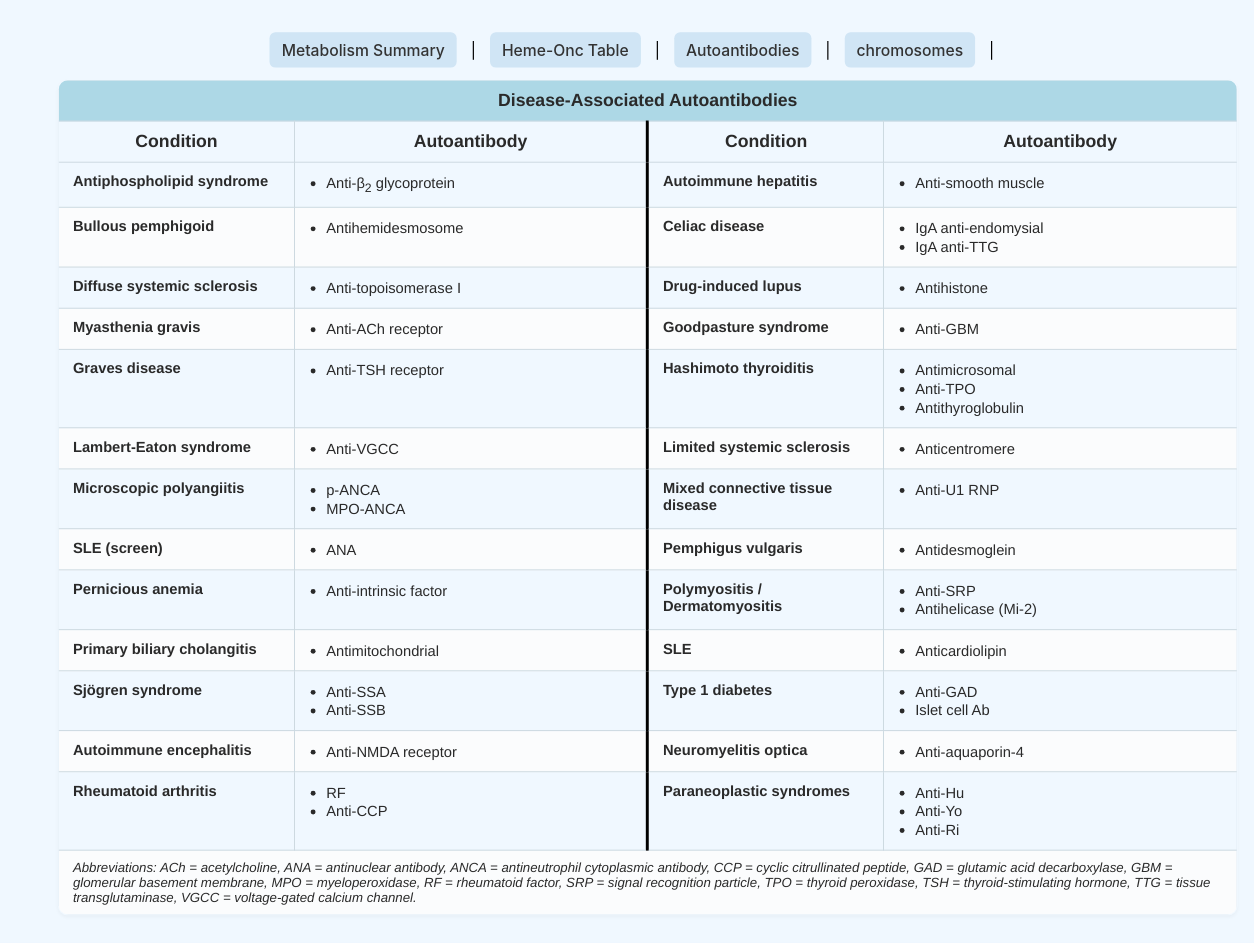
Repository: sharperdragon/STEVEL-1-Summaries
Page: subdex/autoantibodies.html
These files come from the project's save history. The page is drawn as it stood at one moment and after the next save; the edit follows.
The browser window is 1280 px wide. The pictures show the whole page, at 98% of full size.

Above is the page before, as saved 2025-05-19 07:02:28.

After the next save:
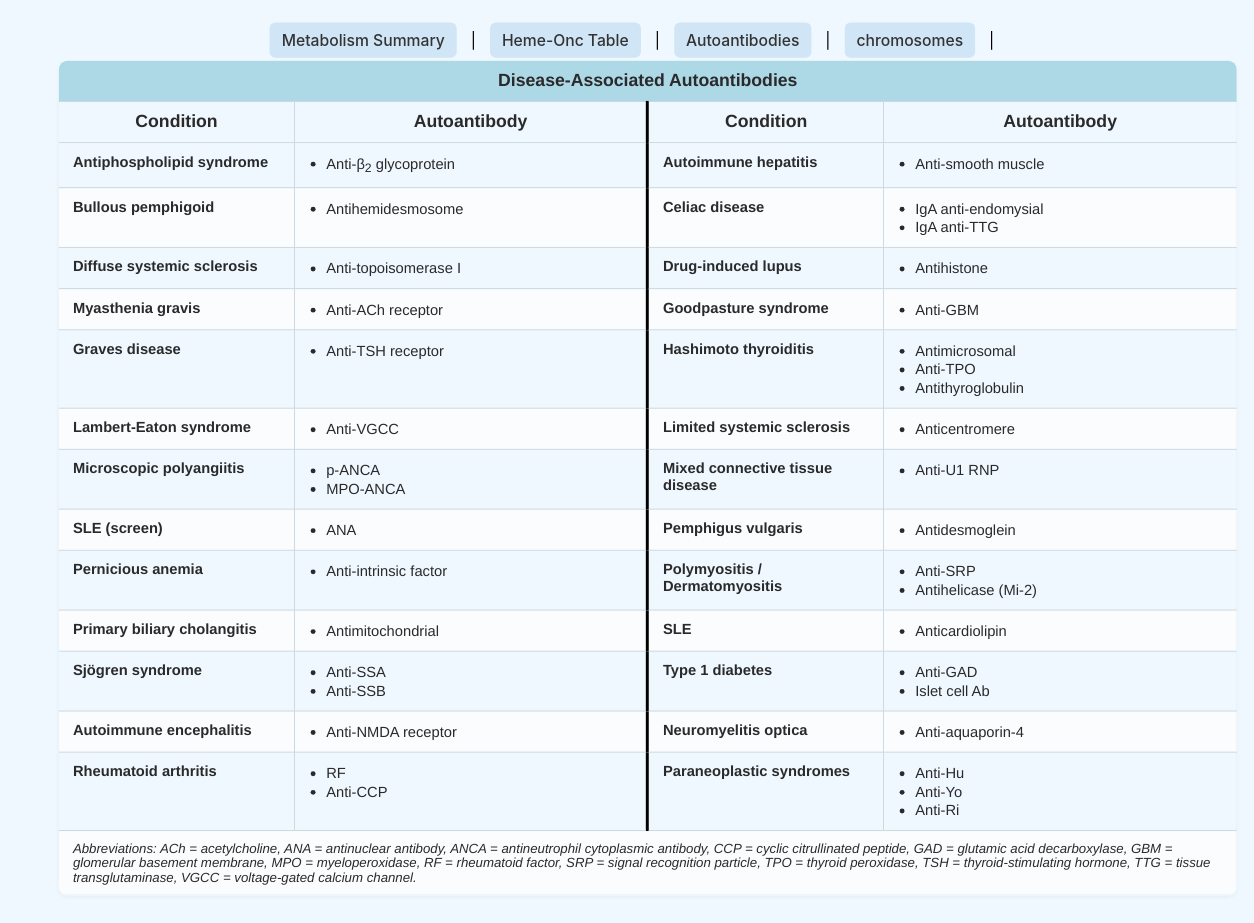
Saved 6 s later.
--- a/subdex/autoantibodies.html
+++ b/subdex/autoantibodies.html
@@ -9,7 +9,7 @@
 </head>
 
 <body>
-  <nav style="margin: 20px 0; text-align: center;">
+  <nav style="margin: 10px 0; text-align: center;">
   <a href="subdex/metabolism.html" class="nav-link">Metabolism Summary</a> |
   <a href="subdex/hemeonc.html" class="nav-link">Heme-Onc Table</a> |
   <a href="subdex/autoantibodies.html" class="nav-link">Autoantibodies</a> |
